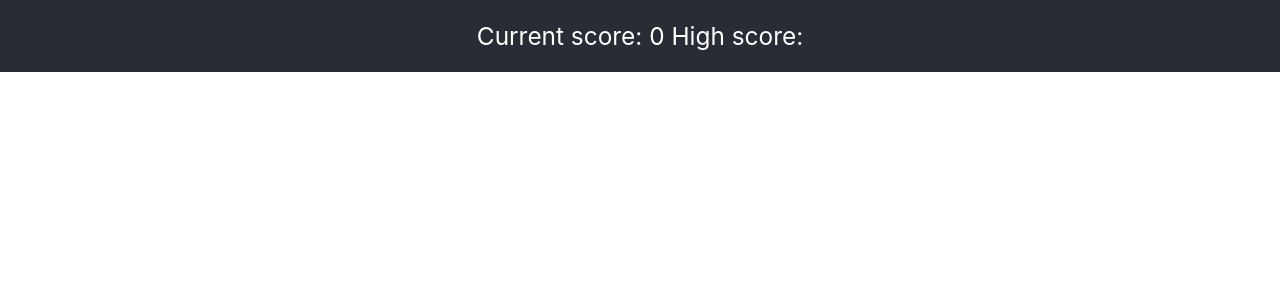
Repository: chin9/MemoryCard
Page: /
These files come from the project's save history. The page is drawn as it stood at one moment and after the next save; the edit follows.
The browser window is 1280 px wide. The pictures show the whole page.
The project was rebuilt for these pictures with package versions that can differ from the ones it lists, and the page was loaded fresh each time.

Above is the page before, as saved 2021-07-07 18:39:27.

### public/index.html
<!DOCTYPE html>
<html lang="en">
  <head>
    <meta charset="utf-8" />
    <link rel="icon" href="%PUBLIC_URL%/favicon.ico" />
    <meta name="viewport" content="width=device-width, initial-scale=1" />
    <meta name="theme-color" content="#000000" />
    <meta
      name="description"
      content="Web site created using create-react-app"
    />
    <link rel="apple-touch-icon" href="%PUBLIC_URL%/logo192.png" />
    <!--
      manifest.json provides metadata used when your web app is installed on a
      user's mobile device or desktop. See https://developers.google.com/web/fundamentals/web-app-manifest/
    -->
    <link rel="manifest" href="%PUBLIC_URL%/manifest.json" />
    <!--
      Notice the use of %PUBLIC_URL% in the tags above.
      It will be replaced with the URL of the `public` folder during the build.
      Only files inside the `public` folder can be referenced from the HTML.

      Unlike "/favicon.ico" or "favicon.ico", "%PUBLIC_URL%/favicon.ico" will
      work correctly both with client-side routing and a non-root public URL.
      Learn how to configure a non-root public URL by running `npm run build`.
    -->
    <title>Memory Card</title>
  </head>
  <body>
    <noscript>You need to enable JavaScript to run this app.</noscript>
    <div id="root"></div>
    <!--
      This HTML file is a template.
      If you open it directly in the browser, you will see an empty page.

      You can add webfonts, meta tags, or analytics to this file.
      The build step will place the bundled scripts into the <body> tag.

      To begin the development, run `npm start` or `yarn start`.
      To create a production bundle, use `npm run build` or `yarn build`.
    -->
  </body>
</html>

### src/App.js
import './App.css';
import Scoreboard from './components/Scoreboard';
import React, { useState, useEffect } from 'react';

function App() {
  const [score, setScore] = useState(0);
  return (
    <div className="App">
      <header className="App-header">
        <Scoreboard score={score}/>
      </header>
    </div>
  );
}

export default App;

### src/App.css
.App {
  text-align: center;
}

.App-logo {
  height: 40vmin;
  pointer-events: none;
}

@media (prefers-reduced-motion: no-preference) {
  .App-logo {
    animation: App-logo-spin infinite 20s linear;
  }
}

.App-header {
  background-color: #282c34;
  height: 10vh;
  display: flex;
  flex-direction: column;
  align-items: center;
  justify-content: center;
  font-size: calc(10px + 2vmin);
  color: white;
}

.App-link {
  color: #61dafb;
}

@keyframes App-logo-spin {
  from {
    transform: rotate(0deg);
  }
  to {
    transform: rotate(360deg);
  }
}

### src/components/Scoreboard.js
import React from 'react';

const Scoreboard = (props) => {

    return (
        <div>Current score: {props.score} High score: </div>
    )
}

export default Scoreboard;

Loaded but not shown: src/index.js (common file); src/index.css (common file)

After the next save:
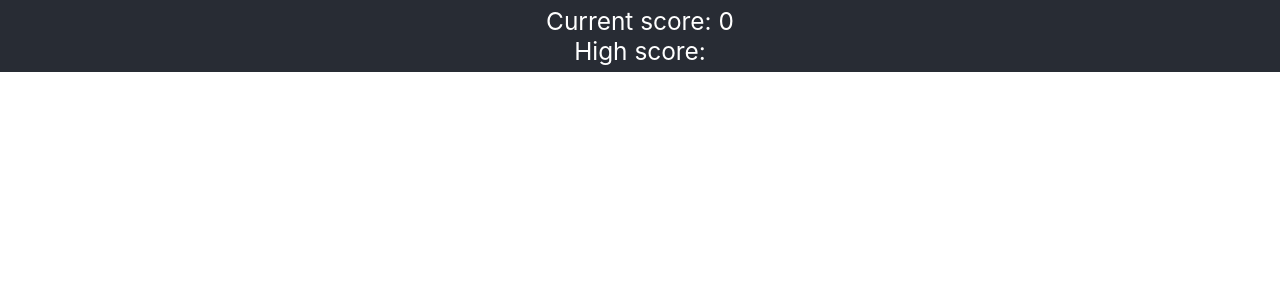
Saved 45 s later.
--- a/src/components/Scoreboard.js
+++ b/src/components/Scoreboard.js
@@ -3,7 +3,10 @@ import React from 'react';
 const Scoreboard = (props) => {
 
     return (
-        <div>Current score: {props.score} High score: </div>
+        <div>
+            <div>Current score: {props.score}</div>
+            <div>High score:</div>
+            </div>
     )
 }
 
